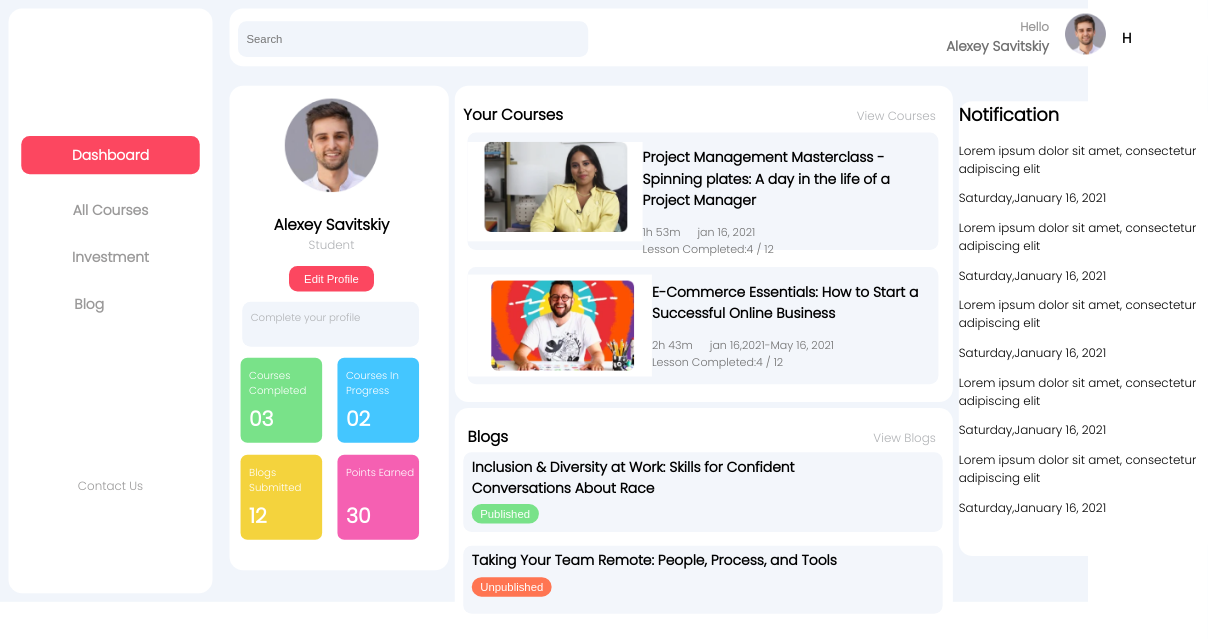
Repository: Anuruddha00/dashboard-design
Page: /
An editor plug-in stored every save of this project. The page is shown before and after the next save, followed by the edit.
The browser window is 1280 px wide. The page is 1421 px wide, so the pictures cover 1421 px, including what lies to the right of the window. The pictures show the whole page, at 85% of full size.
The project was rebuilt for these pictures with package versions that can differ from the ones it lists, and the page was loaded fresh each time.

Above is the page before, as saved 2021-05-07 23:33:48.

After the next save:
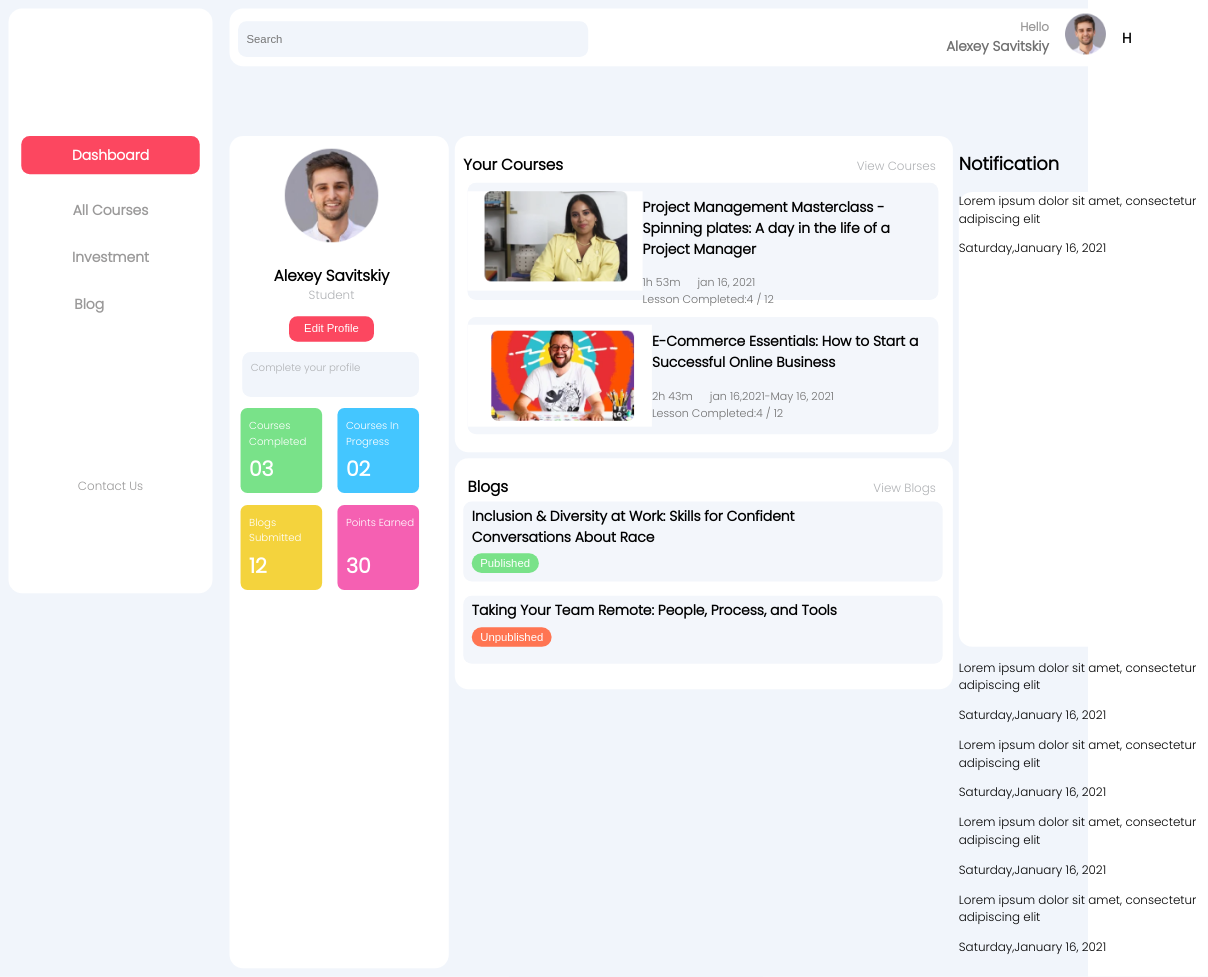
Saved 48 s later.
--- a/src/containers/Dashboard/Dashboard.scss
+++ b/src/containers/Dashboard/Dashboard.scss
@@ -431,13 +431,15 @@ body{
                         margin-left: 7px;
 
                         &Bar{
-                            background: #ffffff;
-                            width: 293px;
-                            height: 535px;
-                            border-radius: 16px;
 
                             h2{
 
+                            }
+                            &Paragraph{
+                                background: #ffffff;
+                                width: 293px;
+                                height: 535px;
+                                border-radius: 16px;
                             }
                         }
                     }
